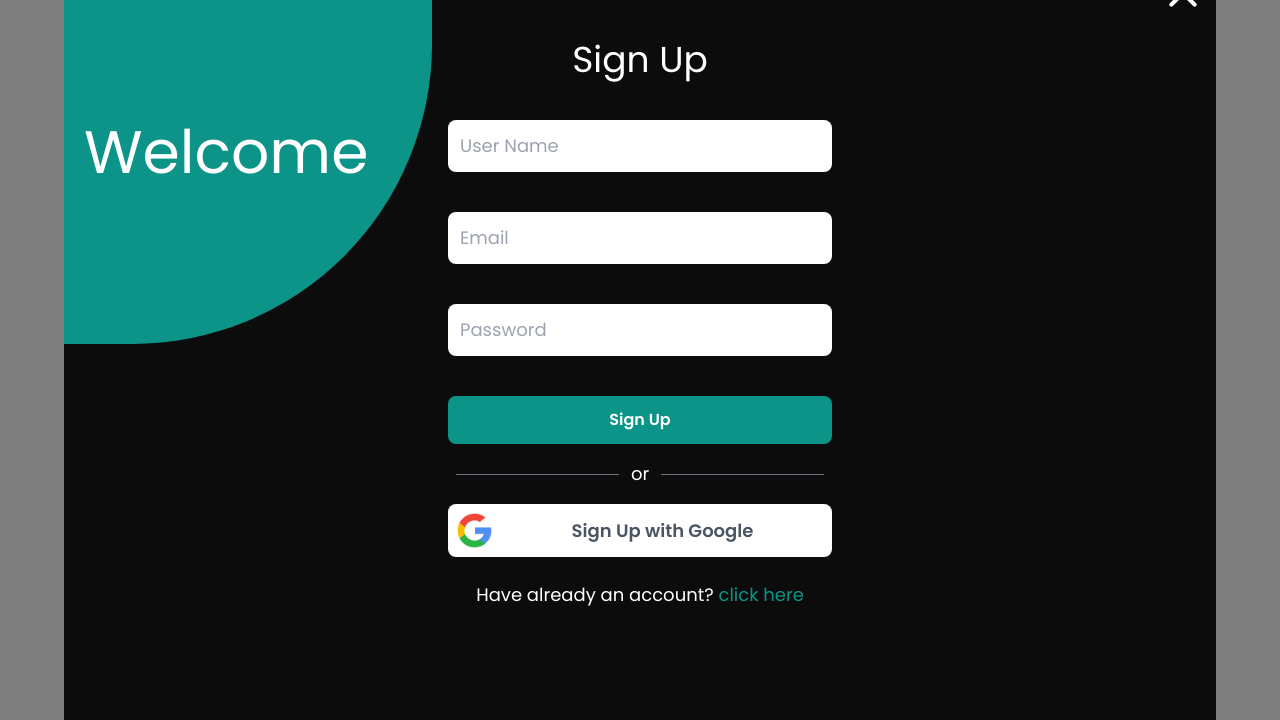
Repository: Ahmed77669/GT-Exams
Page: /
These files come from the project's save history. The page is drawn as it stood at one moment and after the next save; the edit follows.
The browser window is 1280 px wide. The pictures show the whole page.
The project was rebuilt for these pictures with package versions that can differ from the ones it lists, and the page was loaded fresh each time. The framework's server and built-in components were replaced by stand-ins that run in the browser. Also part of the build but not shown: next.config.mjs.

Above is the page before, as saved 2024-10-04 20:24:21.

### app/page.tsx
'use client'
import NavBarHome from "@/components/Navbar";
import Signup from "@/components/signup";
import Image from "next/image";

export default function Home() {
  return (
    <main>
<div className="fixed top-0 left-0 w-full h-full bg-black bg-opacity-50 flex justify-center items-center z-[1000]">
<div className="p-5 rounded-lg max-w-[1600px] w-full">
      <Signup/>
      </div>
      </div>
          </main>
  );
}

### components/signup.tsx
import React, { useState } from 'react';
import { Poppins } from "next/font/google";
import { CloseRounded } from '@mui/icons-material';
import { IconButton } from '@mui/material';
import google from '@/public/google.png';
import Image from 'next/image';
import { useRouter } from 'next/navigation';
import { motion } from 'framer-motion';


const poppins = Poppins({
  subsets: ["latin"],
  weight: ["100", "200", "300", "400", "500", "600", "700"],
});

interface SignupProps {
  closeSignup: () => void;
  toggleForm: (formType: 'login' | 'resetPassword') => void;
}

const pageVariants = {
  hidden: { opacity: 0, y: -20 },
  visible: { opacity: 1, y: 0, transition: { duration: 0.7 } },
};

const Signup: React.FC<SignupProps> = ({ closeSignup, toggleForm }) => {
  const route = useRouter();

  const handleSubmit = (event: React.FormEvent) => {
    event.preventDefault();
    route.push('./home');
  };




  return (
    <motion.div variants={pageVariants} initial="hidden" animate="visible">
      <section className={poppins.className}>
        <div className="flex justify-center items-center h-screen ">
          <div className="bg-black/90 w-full max-w-6xl rounded-2xl min-h-[800px]">
            <div className="grid md:grid-cols-3 gap-6 text-white">
              <div className="bg-teal-600 w-full h-96 rounded-tl-2xl rounded-br-[300px] flex items-center">
                <h1 className="text-6xl ml-5">Welcome</h1>
              </div>
              <div className="flex flex-col items-center justify-center mt-20">
                <p className="text-center mb-10 text-4xl">Sign Up</p>
                <form className="flex flex-col items-center" onSubmit={handleSubmit}>
                  <input
                    type="text"
                    name="name"
                    className="text-field w-96 text-lg p-3 mb-10 rounded-lg"
                    placeholder="User Name"
                    required
                  />
                  <input
                    type="email"
                    name="email"
                    className="text-field w-96 text-lg p-3 mb-10 rounded-lg"
                    placeholder="Email"
                    required
                  />
                  <input
                    type="password"
                    name="password"
                    className="text-field w-96 text-lg p-3 mb-10 rounded-lg"
                    placeholder="Password"
                    required
                  />
                  <button className="w-96 bg-teal-600 text-white p-3 rounded-lg hover:opacity-90 font-semibold">
                    Sign Up
                  </button>
                </form>
                <div className="flex items-center mt-4 w-full">
                  <hr className="flex-1 border-t border-gray-500" />
                  <p className="mx-3 text-lg">or</p>
                  <hr className="flex-1 border-t border-gray-500" />
                </div>
                <div className="flex justify-center mt-4">
                  <button className="w-96 bg-white text-gray-600 p-1 rounded-lg flex items-center hover:opacity-90">
                    <Image src={google} alt="google icon" width={45} />
                    <span className="flex-1 text-center text-lg font-semibold">Sign Up with Google</span>
                  </button>
                </div>
                <div className="text-center mt-6">
                  <p className="text-lg">
                    Have already an account?{" "}
                    <span
                      className="text-teal-600 cursor-pointer"
                      onClick={() => toggleForm("login")}
                    >
                      click here
                    </span>
                  </p>
                </div>
              </div>
              <div className="flex justify-end  items-start ">
                <IconButton aria-label="close" onClick={closeSignup} className="m-5">
                  <CloseRounded className="text-white" style={{ fontSize: "50px" }} />
                </IconButton>
              </div>
            </div>
          </div>
        </div>
      </section>
    </motion.div>
  );
};

export default Signup;

Loaded but not shown: app/layout.tsx (common file); app/globals.css (common file); tailwind.config.ts (common file)

After the next save:
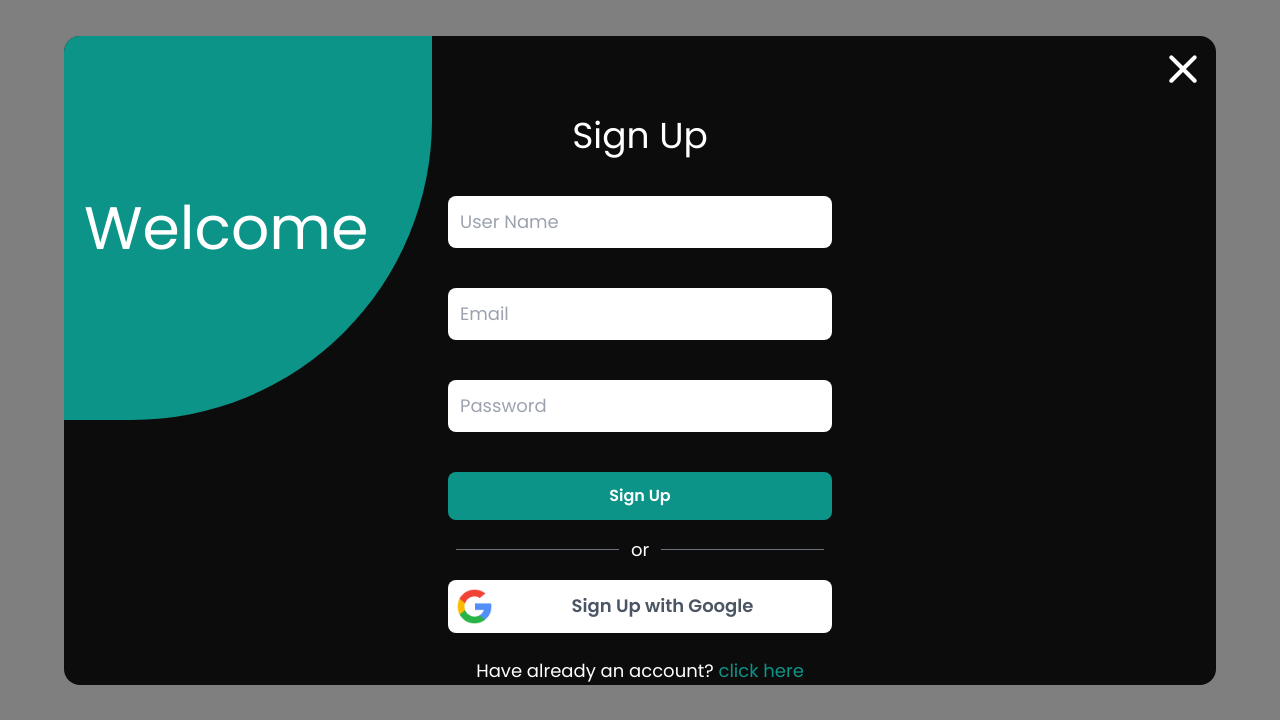
Saved 13 s later.
--- a/components/signup.tsx
+++ b/components/signup.tsx
@@ -38,7 +38,7 @@ const Signup: React.FC<SignupProps> = ({ closeSignup, toggleForm }) => {
     <motion.div variants={pageVariants} initial="hidden" animate="visible">
       <section className={poppins.className}>
         <div className="flex justify-center items-center h-screen ">
-          <div className="bg-black/90 w-full max-w-6xl rounded-2xl min-h-[800px]">
+          <div className="bg-black/90 w-full max-w-6xl rounded-2xl min-h-[600px]">
             <div className="grid md:grid-cols-3 gap-6 text-white">
               <div className="bg-teal-600 w-full h-96 rounded-tl-2xl rounded-br-[300px] flex items-center">
                 <h1 className="text-6xl ml-5">Welcome</h1>
